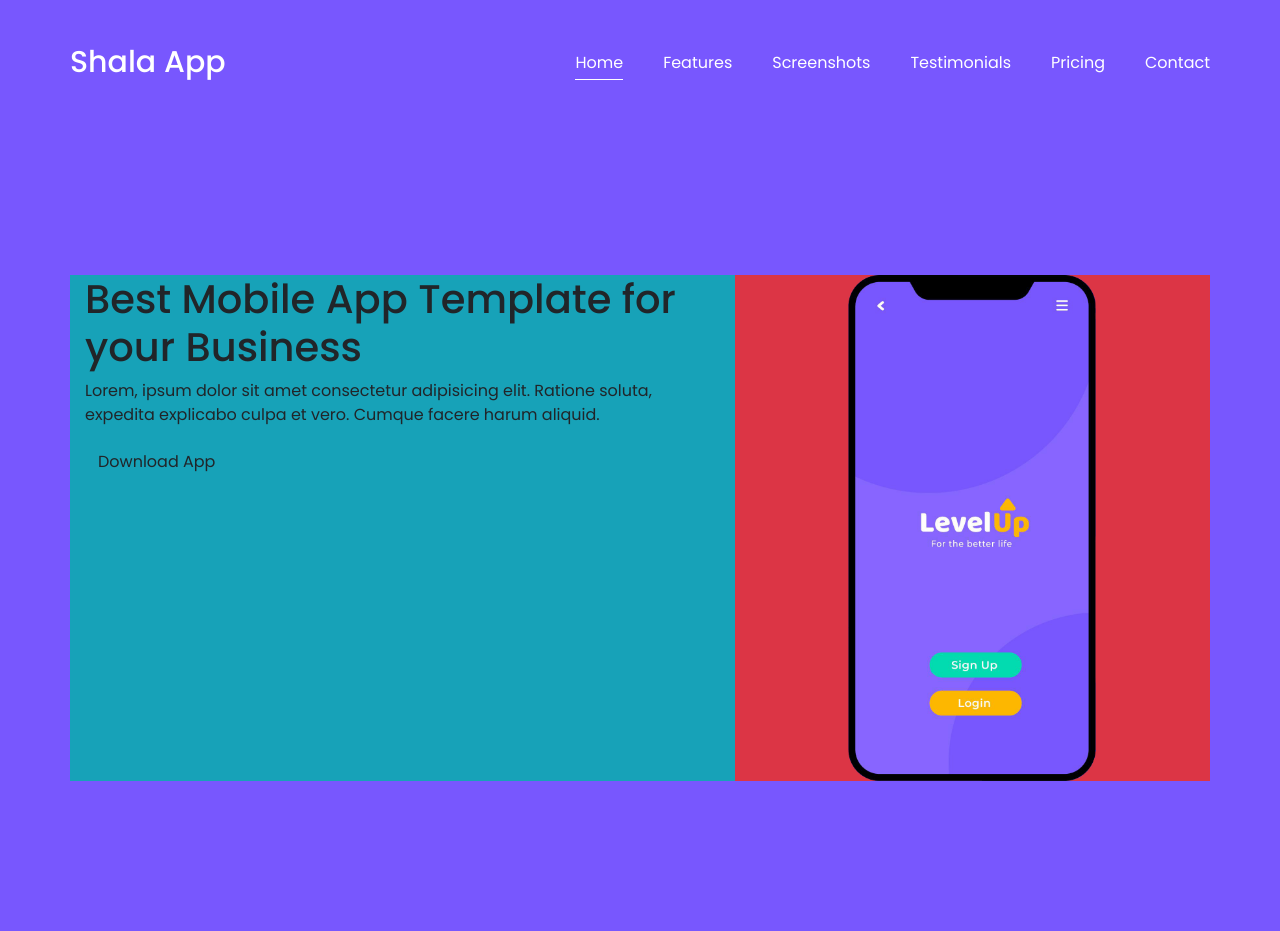
Repository: Mohamed-Hema/Shala-App
Page: index.html
These files come from the project's save history. The page is drawn as it stood at one moment and after the next save; the edit follows.
The browser window is 1280 px wide. The pictures show the whole page.

Above is the page before, as saved 2021-02-13 08:56:53.

After the next save:
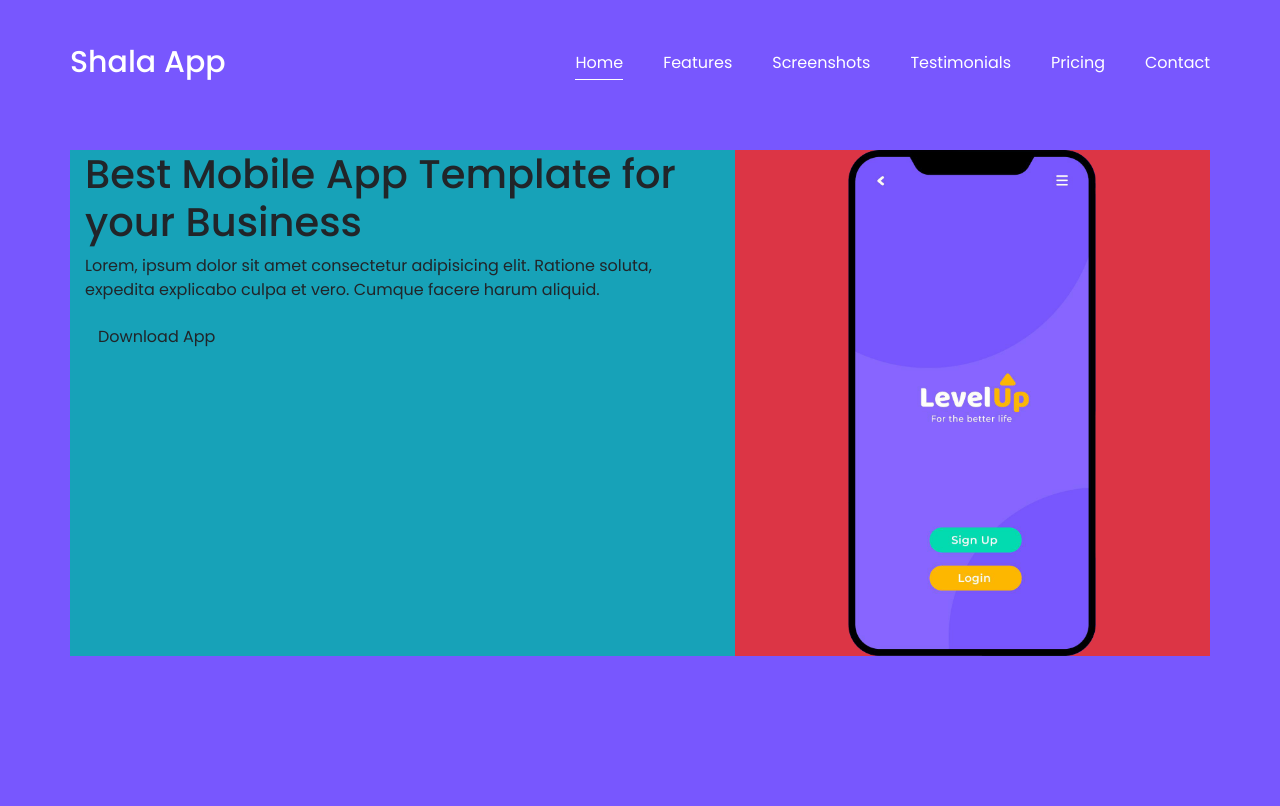
Saved 9 s later.
--- a/index.html
+++ b/index.html
@@ -16,7 +16,7 @@
 <body>
 
   <!-- Start NavBar -->
-  <nav class="navbar navbar-expand-md fixed">
+  <nav class="navbar navbar-expand-md fixed-top">
     <div class="container">
       <!-- Brand -->
       <a class="navbar-brand" href="#">Shala App</a>
